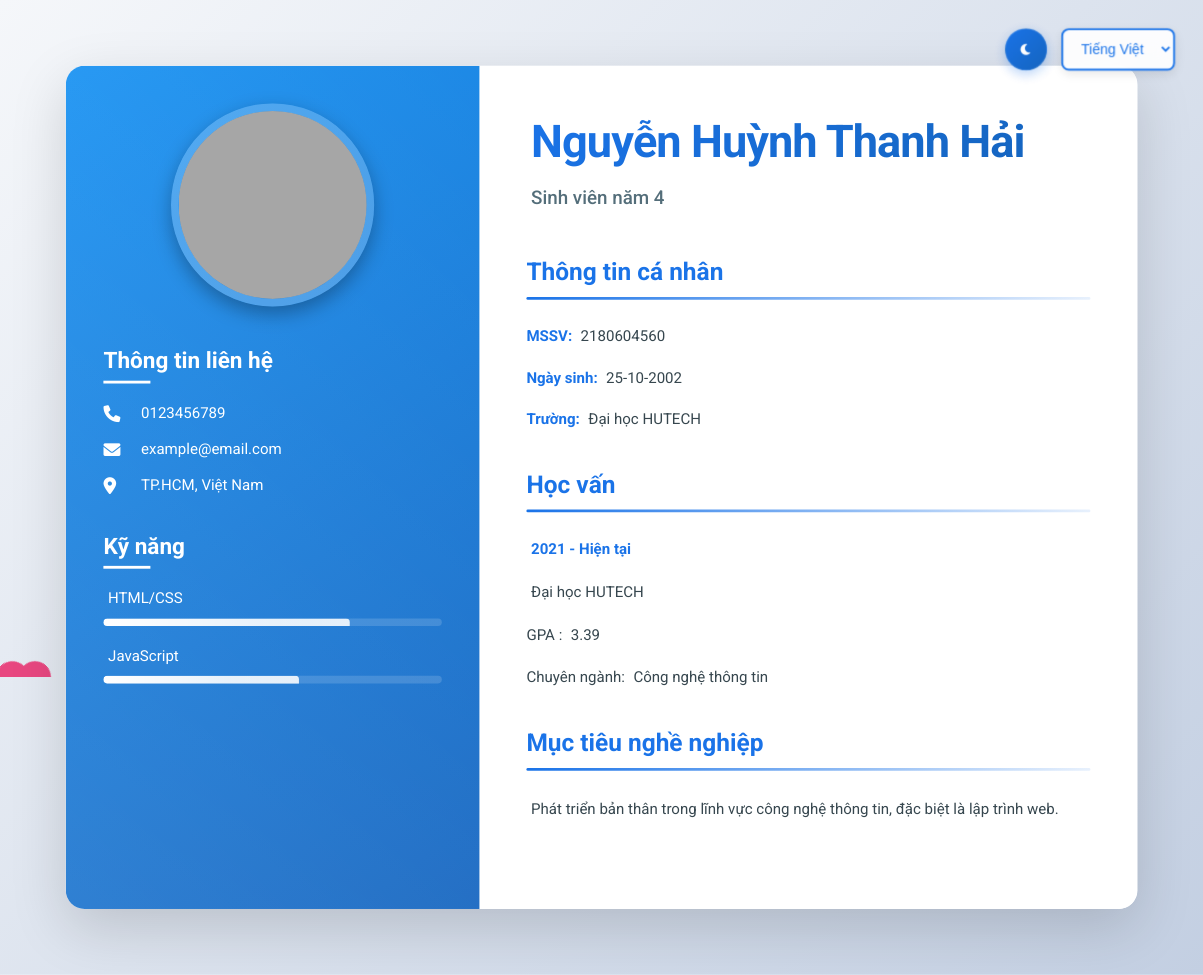
Repository: Haimichi/haimichi.github.io
Page: index.html
These files come from the project's save history. The page is drawn as it stood at one moment and after the next save; the edit follows.
The browser window is 1280 px wide. The pictures show the whole page, at 94% of full size.
Pictures or frames that could not be fetched are drawn as grey boxes.

Above is the page before, as saved 2025-03-04 11:11:00.

After the next save:
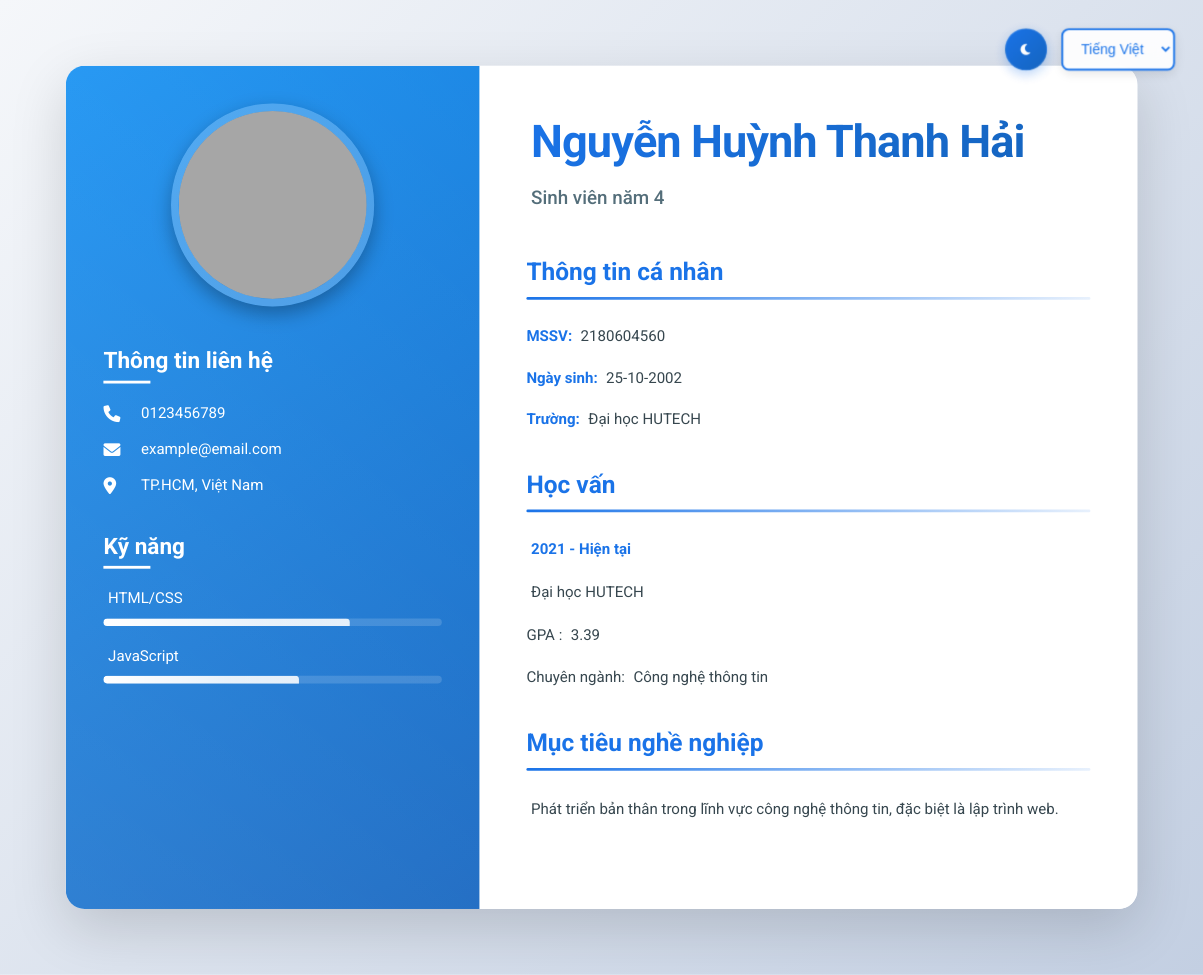
Console error: SyntaxError: Identifier 'heartInterval' has already been declared
Saved 4 min 13 s later.
--- a/index.html
+++ b/index.html
@@ -253,10 +253,11 @@ let heartCount = 0;
 const maxHearts = 200; // Tăng số lượng tim tối đa
 const visibleHearts = []; // Mảng lưu trữ các trái tim
 
+// Cập nhật hàm createHeart
 function createHeart() {
     if (heartCount >= maxHearts) {
         clearInterval(heartInterval);
-        setTimeout(explodeHearts, 2000);
+        checkHeartsFilled();
         return;
     }
 
@@ -267,7 +268,7 @@ function createHeart() {
     heart.style.left = Math.random() * 100 + 'vw';
 
     // Larger size và random size
-    const size = Math.random() * 20 + 25; // 25-45px
+    const size = Math.random() * 20 + 25;
     heart.style.width = size + 'px';
     heart.style.height = size + 'px';
 
@@ -279,20 +280,68 @@ function createHeart() {
     const color = colors[Math.floor(Math.random() * colors.length)];
     heart.style.background = color;
 
-    // Position calculation
-    const startY = window.innerHeight + size; // Start below viewport
-    const endY = -size; // End above viewport
-    const distance = startY + Math.abs(endY);
-    const duration = (distance / 100) * (Math.random() * 2 + 3); // Adjust speed based on distance
-
-    heart.style.setProperty('--start-y', `${startY}px`);
-    heart.style.setProperty('--end-y', `${endY}px`);
+    // Faster animation
+    const duration = (Math.random() * 1.5 + 2); // 2-3.5 seconds
     heart.style.setProperty('--duration', `${duration}s`);
 
     document.querySelector('.hearts-container').appendChild(heart);
     visibleHearts.push(heart);
     heartCount++;
 }
+
+// Thêm hàm kiểm tra hearts filled
+function checkHeartsFilled() {
+    const viewportHeight = window.innerHeight;
+    const heartsContainer = document.querySelector('.hearts-container');
+    const hearts = heartsContainer.getElementsByClassName('heart');
+    let filledHeight = 0;
+
+    for (let heart of hearts) {
+        const rect = heart.getBoundingClientRect();
+        filledHeight = Math.max(filledHeight, viewportHeight - rect.top);
+    }
+
+    if (filledHeight >= viewportHeight * 0.8) { // 80% màn hình đã được lấp đầy
+        setTimeout(explodeHearts, 500);
+    }
+}
+
+// Thêm hiệu ứng tim mini cho nút restart
+function createMiniHeart(button) {
+    const heart = document.createElement('div');
+    heart.className = 'mini-heart';
+
+    // Random position around button
+    const tx = (Math.random() - 0.5) * 100;
+    const ty = (Math.random() - 0.5) * 100;
+    heart.style.setProperty('--tx', `${tx}px`);
+    heart.style.setProperty('--ty', `${ty}px`);
+
+    // Random color
+    const colors = ['#ff4081', '#e91e63', '#ff6b6b', '#ff3366'];
+    heart.style.background = colors[Math.floor(Math.random() * colors.length)];
+
+    // Set starting position
+    heart.style.left = '50%';
+    heart.style.top = '50%';
+
+    // Add animation
+    heart.style.animation = 'miniFloat 1s ease-out forwards';
+
+    button.appendChild(heart);
+
+    // Remove heart after animation
+    setTimeout(() => heart.remove(), 1000);
+}
+
+// Thêm event listener cho nút restart
+document.querySelector('.restart-btn').addEventListener('mouseover', function() {
+    const createHeartInterval = setInterval(() => createMiniHeart(this), 100);
+    this.addEventListener('mouseout', () => clearInterval(createHeartInterval), { once: true });
+});
+
+// Cập nhật interval tạo tim nhanh hơn
+let heartInterval = setInterval(createHeart, 100); // Tạo tim mỗi 100ms
 
 function explodeHearts() {
     // Dừng animation hiện tại của tất cả trái tim
